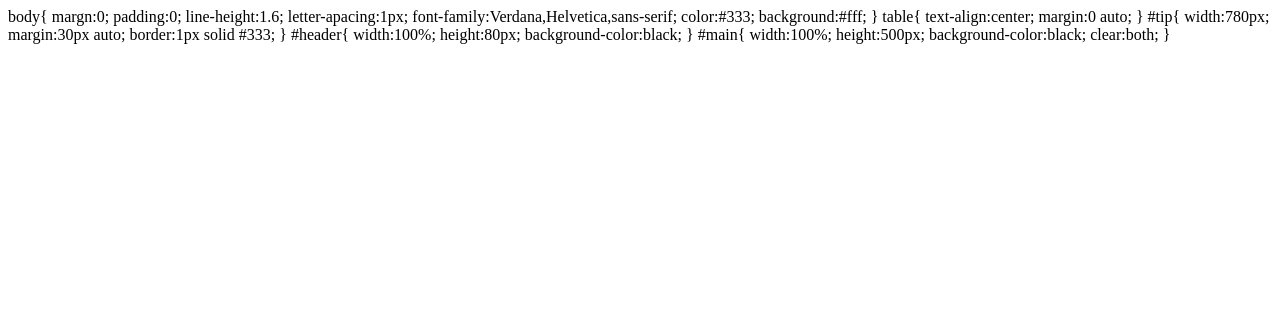
Repository: tatsuya-0/test
Page: http://localhost/template/login.jsp
The author's editor kept a copy of each file at every save. The page is drawn from the files as they stood at one save, then again after the next save.
The browser window is 1280 px wide. The pictures show the whole page.
The page is served by Tomcat 9.

Above is the page before, as saved 2018-03-15 07:00:50.

After the next save:
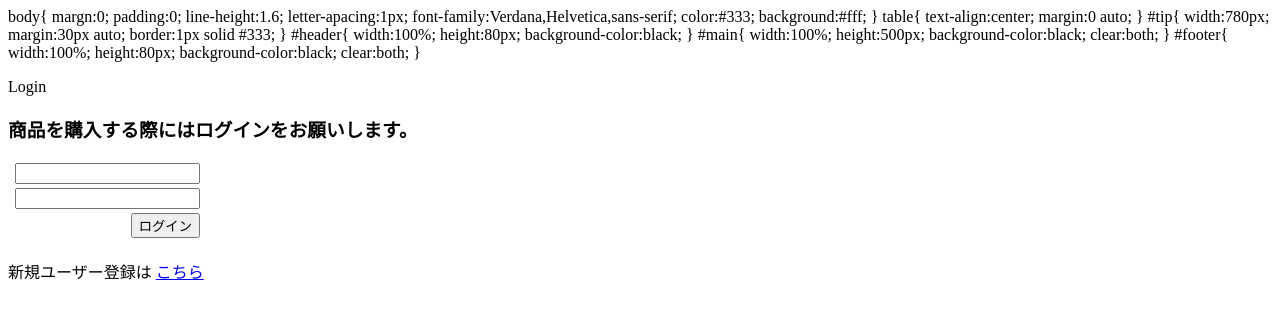
Saved 10 min 10 s later.
--- a/template/WebContent/login.jsp
+++ b/template/WebContent/login.jsp
@@ -11,43 +11,40 @@
 <meta name="keyword" content="" />
 <title>Login画面</title>
 
-<syle type="text/css">
-body{
-margn:0;
-padding:0;
-line-height:1.6;
-letter-apacing:1px;
-font-family:Verdana,Helvetica,sans-serif;
-color:#333;
-background:#fff;
-}
-
-table{
-text-align:center;
-margin:0 auto;
-}
-
-#tip{
-width:780px;
-margin:30px auto;
-border:1px solid #333;
-}
-
-#header{
-width:100%;
-height:80px;
-background-color:black;
-}
-
-#main{
-width:100%;
-height:500px;
-background-color:black;
-clear:both;
-}
-</syle>
+<syle type="text/css"> body{ margn:0; padding:0; line-height:1.6;
+letter-apacing:1px; font-family:Verdana,Helvetica,sans-serif;
+color:#333; background:#fff; } table{ text-align:center; margin:0 auto;
+} #tip{ width:780px; margin:30px auto; border:1px solid #333; } #header{
+width:100%; height:80px; background-color:black; } #main{ width:100%;
+height:500px; background-color:black; clear:both; } #footer{ width:100%;
+height:80px; background-color:black; clear:both; } </syle>
 </head>
 <body>
 
+	<div id="header">
+		<div id="pr"></div>
+	</div>
+	<div id="main">
+		<div id="top">
+			<p>Login</p>
+		</div>
+		<div>
+			<h3>商品を購入する際にはログインをお願いします。</h3>
+			<s:form action="LoginAction">
+				<s:textfield name="loginUserId" />
+				<s:password name="loginPassword" />
+				<s:submit value="ログイン" />
+			</s:form>
+			<br />
+			<div>
+				<span>新規ユーザー登録は <a href='<s:url action="UserCreateAction"/>'>こちら</a>
+				</span>
+			</div>
+		</div>
+	</div>
+	<div id="footer">
+		<div id="pr"></div>
+	</div>
+
 </body>
 </html>
